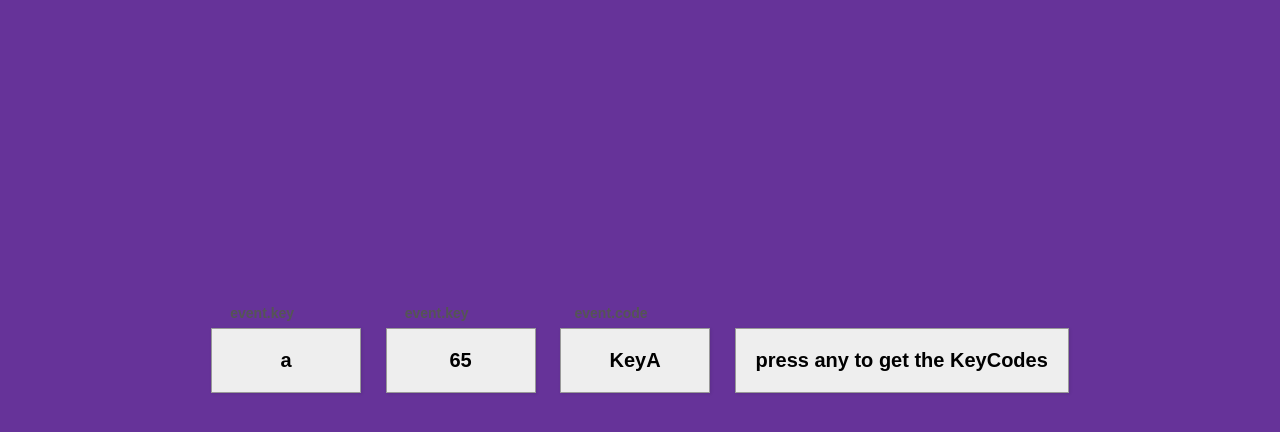
Repository: ElideZavala/Generator-Key
Page: index.html
The author's editor kept a copy of each file at every save. The page is drawn from the files as they stood at one save, then again after the next save.
The browser window is 1280 px wide. The pictures show the whole page.
Some web fonts or font styles are not loaded; a fallback is used.

Above is the page before, as saved 2021-06-07 15:34:38.

### index.html
<!DOCTYPE html>
<html lang="en">
<head>
	<meta charset="UTF-8">
	<meta http-equiv="X-UA-Compatible" content="IE=edge">
	<meta name="viewport" content="width=device-width, initial-scale=1.0">
	<link rel="stylesheet" href="style.css">
	<link rel="stylesheet" href="normalize.css">
	<title>Event KeyCodes</title>
</head>
<body>
	<div id="insert">
		<div class="key">
			a
			<small>event.key</small>
		</div>

		<div class="key">
			65
			<small>event.key</small>
		</div>

		<div class="key">
			KeyA
			<small>event.code</small>
		</div>

		<div class="key">
			press any to get the KeyCodes
		</div>
	</div>


	<script src="script.js"></script>
</body>
</html>

### style.css
@import url('https://fonts.googleapis.com/css?family=Muli&display=swap');

* {
	box-sizing: border-box;
}

body {
	background-color: rebeccapurple;
	font-family: 'Muli', sans-serif;
	display: flex;
	flex-direction: column;
	align-items: center;
	justify-content: center;
	text-align: center;
	height: 100vh;
	overflow: hidden;
	margin: 0;
}

.key {
	border: 1px solid #999;
	background-color: #eee;
	box-shadow: 1px 1px 3px rgba( 0, 0, 0, 0.1);
	color: #000;
	display: inline-flex;
	align-items: center;
	font-weight: bold;
	font-size: 20px;
	padding: 20px;
	flex-direction: column;
	margin: 10px;
	min-width: 150px;
	position: relative;
}

.key small {
	position: absolute;
	top: -24px;
	left: 0;
	text-align: center;
	width: 100px;
	color: #555;
	font-size: 14px;
}

Loaded but not shown: normalize.css (library); script.js (no copy from this time; the picture is the same without it)

After the next save:
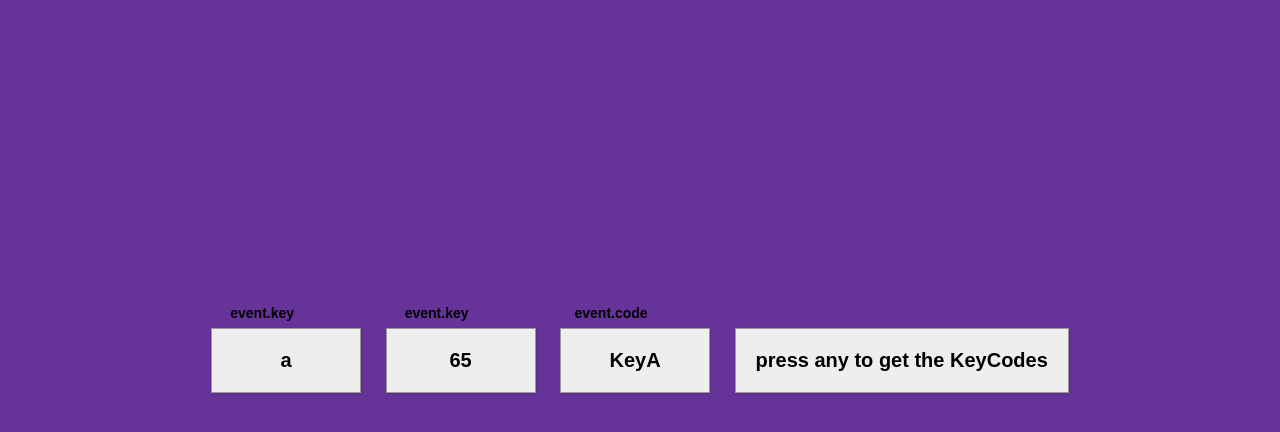
Saved 16 s later.
--- a/style.css
+++ b/style.css
@@ -39,6 +39,6 @@ body {
 	left: 0;
 	text-align: center;
 	width: 100px;
-	color: #555;
+	color: black;
 	font-size: 14px;
 }
